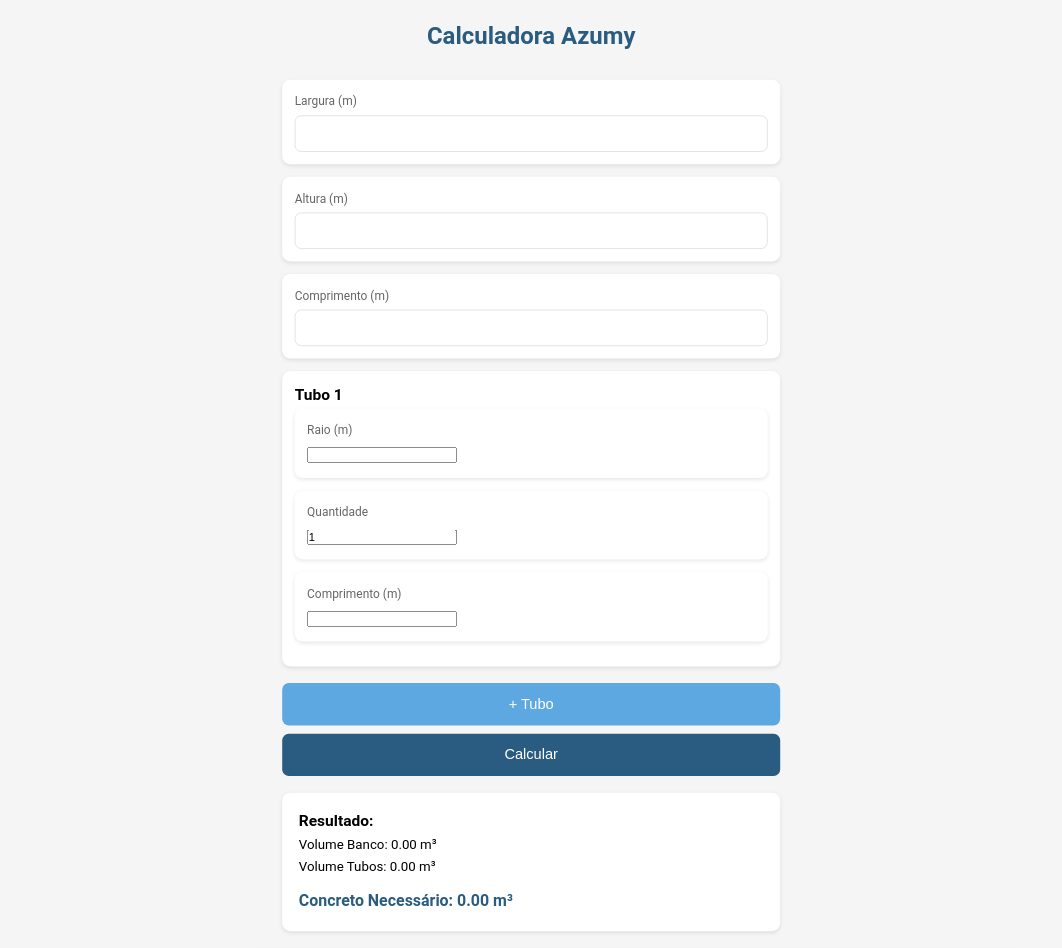
Repository: Valmir-Goncalves/calc_Uane_Souza
Page: concrete-calc/index.html
These files come from the project's save history. The page is drawn as it stood at one moment and after the next save; the edit follows.
The browser window is 1280 px wide. The pictures show the whole page, at 83% of full size.

Above is the page before, as saved 2025-03-23 04:39:20.

### concrete-calc/index.html
<!DOCTYPE html>
<html lang="pt-BR">
<head>
    <meta charset="UTF-8">
    <meta name="viewport" content="width=device-width, initial-scale=1.0, maximum-scale=1.0, user-scalable=no">
    <title>ConcreteCalc Mobile</title>
    <link rel="manifest" href="manifest.json">
    <link rel="stylesheet" href="css/style.css">
</head>
<body>
    <div class="container">
        <h1>Calculadora Azumy</h1>

        <div class="input-group">
            <label>Largura (m)</label>
            <input type="number" id="largura" step="0.01" class="mobile-input" required>
        </div>

        <div class="input-group">
            <label>Altura (m)</label>
            <input type="number" id="altura" step="0.01" class="mobile-input" required>
        </div>

        <div class="input-group">
            <label>Comprimento (m)</label>
            <input type="number" id="comprimento" step="0.01" class="mobile-input" required>
        </div>

        <div id="tubos-container">
            <div class="tubo-item">
                <h3>Tubo 1</h3>
                <div class="input-group">
                    <label>Raio (m)</label>
                    <input type="number" class="raio" step="0.01" required>
                </div>
                <div class="input-group">
                    <label>Quantidade</label>
                    <input type="number" class="quantidade" min="1" value="1" required>
                </div>
                <div class="input-group">
                    <label>Comprimento (m)</label>
                    <input type="number" class="comprimento-tubo" step="0.01" required>
                </div>
            </div>
        </div>

        <div class="button-group">
            <button type="button" class="mobile-btn" onclick="adicionarTubo()">+ Tubo</button>
            <button type="button" class="mobile-btn primary" onclick="calcular()">Calcular</button>

        </div>

        <div class="resultado">
            <h3>Resultado:</h3>
            <p>Volume Banco: <span id="volume-banco">0.00</span> m³</p>
            <p>Volume Tubos: <span id="volume-tubos">0.00</span> m³</p>
            <p class="total">Concreto Necessário: <span id="concreto">0.00</span> m³</p>
        </div>
    </div>

    <script src="js/app.js"></script>
</body>
</html>

### concrete-calc/css/style.css
:root {
    --primary-color: #2A5C82;
    --secondary-color: #5DA8E1;
    --background: #f5f5f5;
}

* {
    box-sizing: border-box;
    margin: 0;
    padding: 0;
}

body {
    font-family: 'Roboto', sans-serif;
    background: var(--background);
    font-size: 16px;
    line-height: 1.6;
    padding: 20px;
}

.container {
    max-width: 600px;
    margin: 0 auto;
}

h1 {
    color: var(--primary-color);
    text-align: center;
    margin-bottom: 30px;
    font-size: 1.8em;
}

.input-group {
    margin-bottom: 15px;
    background: white;
    padding: 15px;
    border-radius: 10px;
    box-shadow: 0 2px 5px rgba(0,0,0,0.1);
}

label {
    color: #666;
    font-size: 0.9em;
    margin-bottom: 5px;
    display: block;
}

.mobile-input {
    width: 100%;
    padding: 12px;
    border: 1px solid #ddd;
    border-radius: 8px;
    font-size: 1em;
}

.button-group {
    display: grid;
    gap: 10px;
    margin: 20px 0;
}

.mobile-btn {
    background: var(--secondary-color);
    color: white;
    border: none;
    padding: 15px;
    border-radius: 8px;
    font-size: 1.1em;
    cursor: pointer;
    transition: opacity 0.3s;
}

.mobile-btn.primary {
    background: var(--primary-color);
}

.tubo-item {
    background: #fff;
    padding: 15px;
    margin-bottom: 15px;
    border-radius: 10px;
    box-shadow: 0 2px 5px rgba(0,0,0,0.1);
}

.resultado {
    background: white;
    padding: 20px;
    border-radius: 10px;
    margin-top: 20px;
    box-shadow: 0 2px 5px rgba(0,0,0,0.1);
}

.total {
    color: var(--primary-color);
    font-weight: bold;
    margin-top: 15px;
    font-size: 1.2em;
}

@media (max-width: 480px) {
    body {
        padding: 10px;
    }

    .container {
        padding: 10px;
    }
}

### concrete-calc/js/app.js
// Service Worker Registration
if ('serviceWorker' in navigator) {
    window.addEventListener('load', () => {
        navigator.serviceWorker.register('./sw.js')
            .then(registration => {
                console.log('ServiceWorker registrado com escopo:', registration.scope);
            })
            .catch(err => {
                console.error('Falha no ServiceWorker:', err);
            });
    });
}

// Funções da Calculadora
let tuboCount = 1;

function parseInput(value) {
    const parsed = parseFloat(value);
    return !isNaN(parsed) ? parsed : 0;
}

function adicionarTubo() {
    const container = document.getElementById('tubos-container');
    if (!container) return;

    tuboCount++;
    const novoItem = document.createElement('div');
    novoItem.className = 'tubo-item';
    novoItem.innerHTML = `
        <h3>Tubo ${tuboCount}</h3>
        <div class="input-group">
            <label>Raio (m)</label>
            <input type="number" class="raio" step="0.01" required>
        </div>
        <div class="input-group">
            <label>Quantidade</label>
            <input type="number" class="quantidade" min="1" value="1" required>
        </div>
        <div class="input-group">
            <label>Comprimento (m)</label>
            <input type="number" class="comprimento-tubo" step="0.01" required>
        </div>
    `;
    container.appendChild(novoItem);
    salvarLocalmente();
}

function calcular() {
    try {
        const largura = parseInput(document.getElementById('largura').value);
        const altura = parseInput(document.getElementById('altura').value);
        const comprimento = parseInput(document.getElementById('comprimento').value);

        let volumeTubos = 0;

        document.querySelectorAll('.tubo-item').forEach(tubo => {
            const raio = parseInput(tubo.querySelector('.raio').value);
            const quantidade = parseInput(tubo.querySelector('.quantidade').value);
            const comprimentoTubo = parseInput(tubo.querySelector('.comprimento-tubo').value);

            volumeTubos += Math.PI * Math.pow(raio, 2) * comprimentoTubo * quantidade;
        });

        const volumeBanco = largura * altura * comprimento;
        const concretoNecessario = volumeBanco - volumeTubos;

        // Atualizar UI
        document.getElementById('volume-banco').textContent = volumeBanco.toFixed(2);
        document.getElementById('volume-tubos').textContent = volumeTubos.toFixed(2);
        document.getElementById('concreto').textContent = Math.max(concretoNecessario, 0).toFixed(2);

        salvarLocalmente();

    } catch (error) {
        console.error('Erro no cálculo:', error);
        alert('Erro nos dados inseridos! Verifique os valores.');
    }
}

// Sistema de Persistência
function salvarLocalmente() {
    const dados = {
        largura: document.getElementById('largura').value,
        altura: document.getElementById('altura').value,
        comprimento: document.getElementById('comprimento').value,
        tubos: []
    };

    document.querySelectorAll('.tubo-item').forEach(tubo => {
        dados.tubos.push({
            raio: tubo.querySelector('.raio').value,
            quantidade: tubo.querySelector('.quantidade').value,
            comprimento: tubo.querySelector('.comprimento-tubo').value
        });
    });

    localStorage.setItem('concreteCalcData', JSON.stringify(dados));
}

function carregarDados() {
    const savedData = localStorage.getItem('concreteCalcData');
    if (!savedData) return;

    try {
        const dados = JSON.parse(savedData);

        // Preencher campos principais
        document.getElementById('largura').value = dados.largura || '';
        document.getElementById('altura').value = dados.altura || '';
        document.getElementById('comprimento').value = dados.comprimento || '';

        // Preencher tubos salvos
        const tubosContainer = document.getElementById('tubos-container');
        tubosContainer.innerHTML = ''; // Limpar tubos existentes

        dados.tubos.forEach((tubo, index) => {
            const novoItem = document.createElement('div');
            novoItem.className = 'tubo-item';
            novoItem.innerHTML = `
                <h3>Tubo ${index + 1}</h3>
                <div class="input-group">
                    <label>Raio (m)</label>
                    <input type="number" class="raio" step="0.01" value="${tubo.raio || ''}" required>
                </div>
                <div class="input-group">
                    <label>Quantidade</label>
                    <input type="number" class="quantidade" min="1" value="${tubo.quantidade || 1}" required>
                </div>
                <div class="input-group">
                    <label>Comprimento (m)</label>
                    <input type="number" class="comprimento-tubo" step="0.01" value="${tubo.comprimento || ''}" required>
                </div>
            `;
            tubosContainer.appendChild(novoItem);
        });
        tuboCount = dados.tubos.length;
    } catch (error) {
        console.error('Erro ao carregar dados:', error);
    }
}

// Inicialização
window.addEventListener('load', () => {
    carregarDados();
});

After the next save:
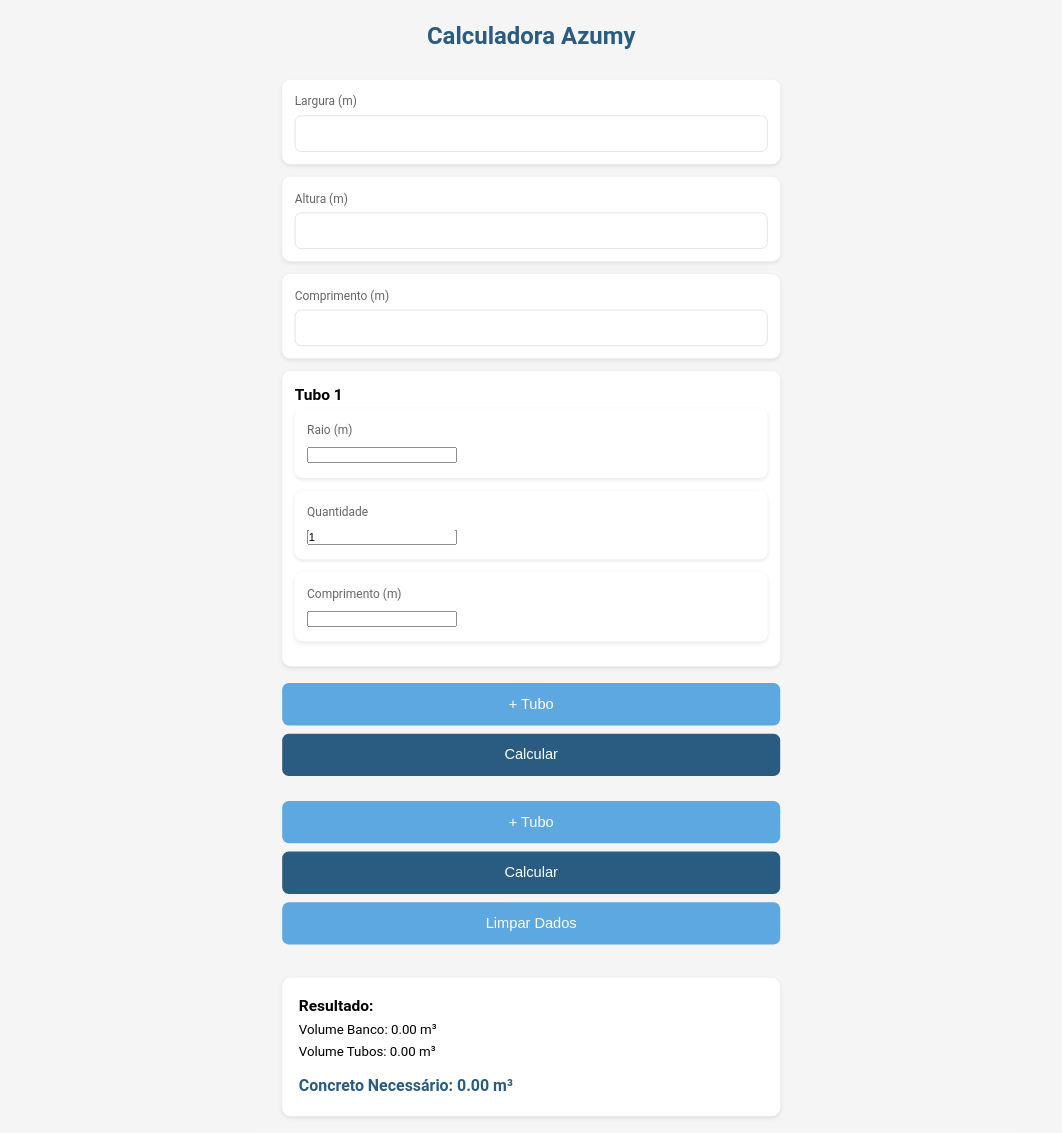
Saved 6 s later.
--- a/concrete-calc/index.html
+++ b/concrete-calc/index.html
@@ -47,7 +47,11 @@
         <div class="button-group">
             <button type="button" class="mobile-btn" onclick="adicionarTubo()">+ Tubo</button>
             <button type="button" class="mobile-btn primary" onclick="calcular()">Calcular</button>
-
+            <div class="button-group">
+                <button type="button" class="mobile-btn" onclick="adicionarTubo()">+ Tubo</button>
+                <button type="button" class="mobile-btn primary" onclick="calcular()">Calcular</button>
+                <button type="button" class="mobile-btn" onclick="limparDados()">Limpar Dados</button>
+            </div>
         </div>
 
         <div class="resultado">
